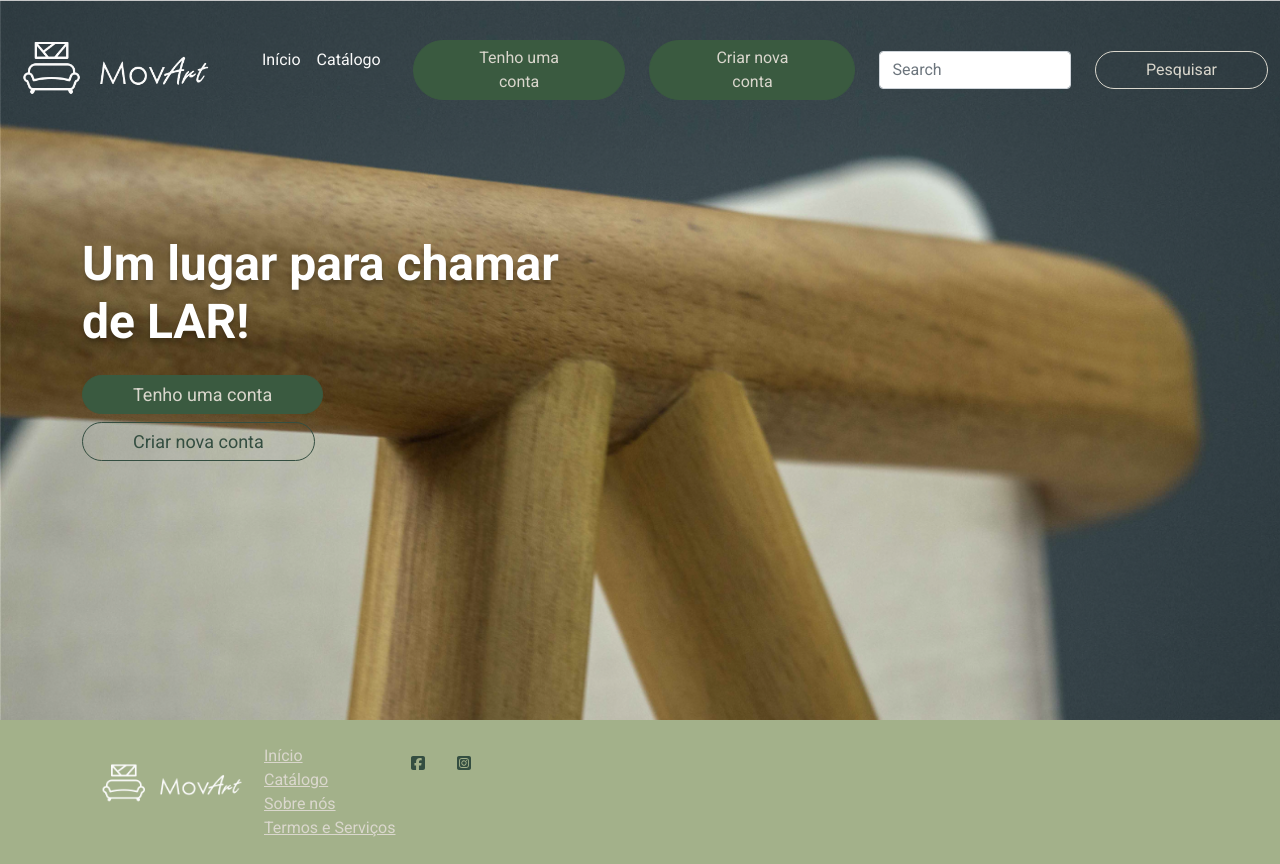
Repository: telesbp/Projeto-4-e-Projeto-5
Page: / (app in front-end/)
The author's editor kept a copy of each file at every save. The page is drawn from the files as they stood at one save, then again after the next save.
The browser window is 1280 px wide. The pictures show the whole page.
The project was rebuilt for these pictures with package versions that can differ from the ones it lists, and the page was loaded fresh each time.

Above is the page before, as saved 2022-07-17 21:43:29.

After the next save:
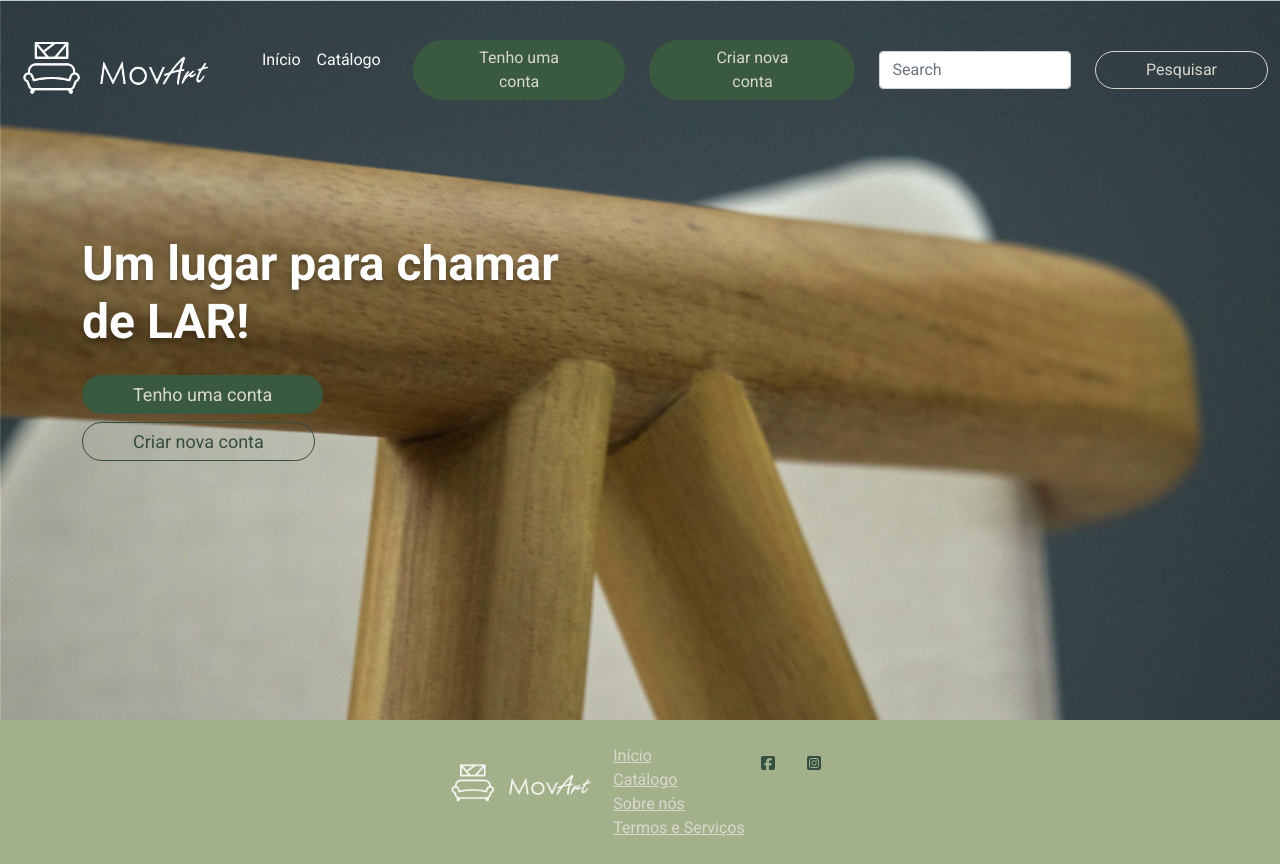
Saved 5 min 47 s later.
--- a/front-end/src/components/Layout/Footer.tsx
+++ b/front-end/src/components/Layout/Footer.tsx
@@ -8,7 +8,7 @@
 export function Footer () {
     return(
         <FooterStyled>
-            <Container className="d-flex p-4 justify-content-espace-between">
+            <Container className="d-flex p-4 justify-content-center">
                 <img src={LogoBrand} alt="MovArt" width={170} height={80}/>
                 <NavStyled>
                     <NavLinkTitleStyled  as={Link} to="/">Início</NavLinkTitleStyled >

After the save that followed:
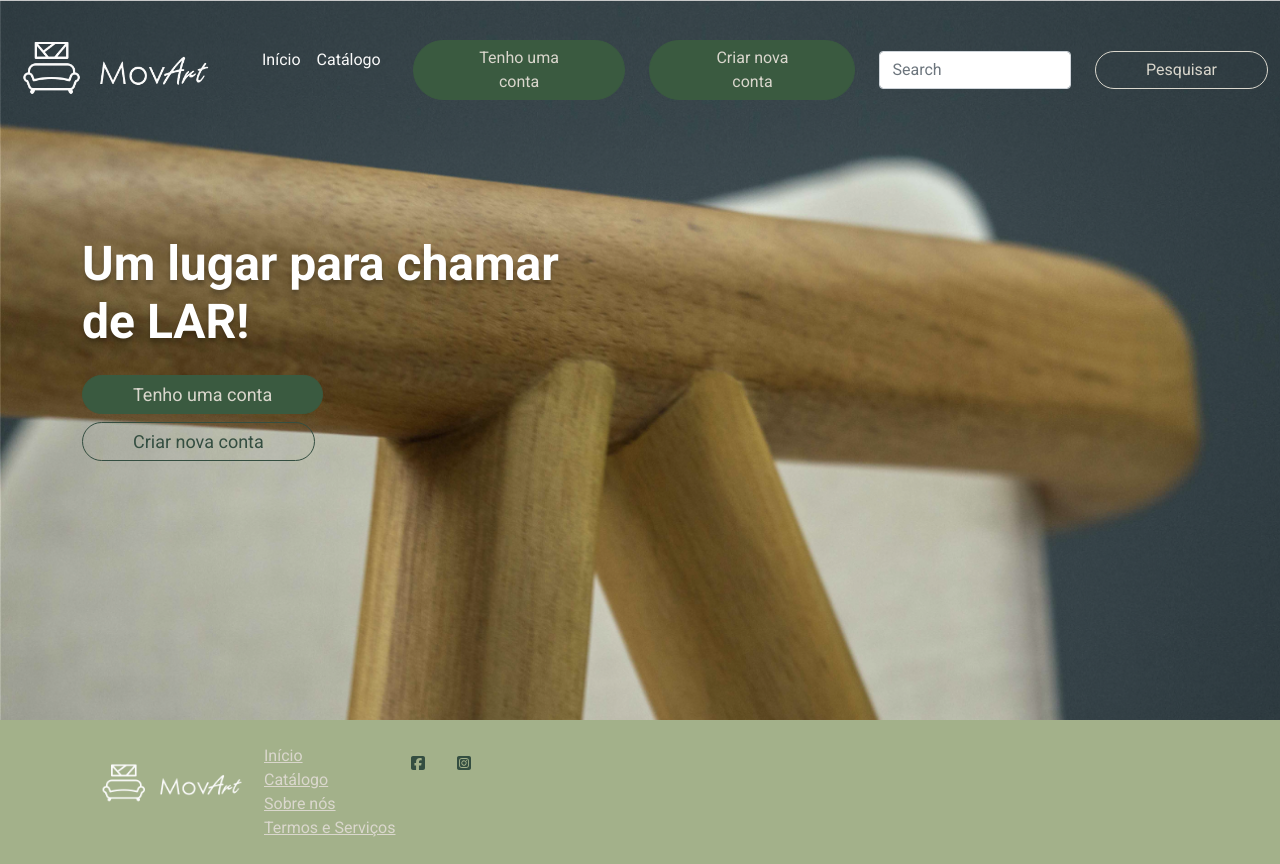
Saved 37 s later.
--- a/front-end/src/components/Layout/Footer.tsx
+++ b/front-end/src/components/Layout/Footer.tsx
@@ -8,7 +8,7 @@
 export function Footer () {
     return(
         <FooterStyled>
-            <Container className="d-flex p-4 justify-content-center">
+            <Container className="d-flex p-4 justify-content-space-between">
                 <img src={LogoBrand} alt="MovArt" width={170} height={80}/>
                 <NavStyled>
                     <NavLinkTitleStyled  as={Link} to="/">Início</NavLinkTitleStyled >
